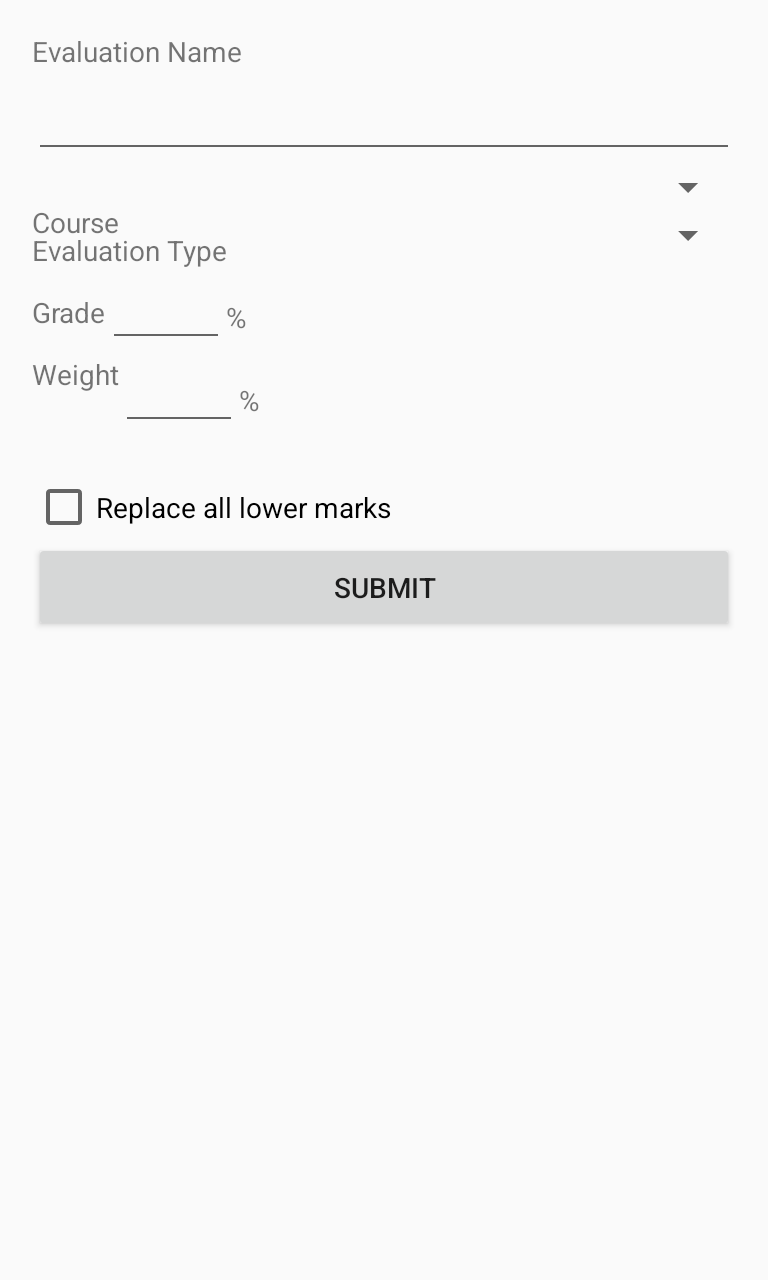
Repository: Tenergy05/GradePlanner
Layout: GradePlanner/res/layout/activity_add_mark.xml
The author's editor kept a copy of each file at every save. The layout is drawn from the files as they stood at one save, then again after the next save.
It is drawn on a 768 x 1280 px phone screen (xhdpi) without system bars, with theme AppTheme; the app's code is not run.

Above is the layout before, as saved 2014-12-30 22:12:08.

After the next save:
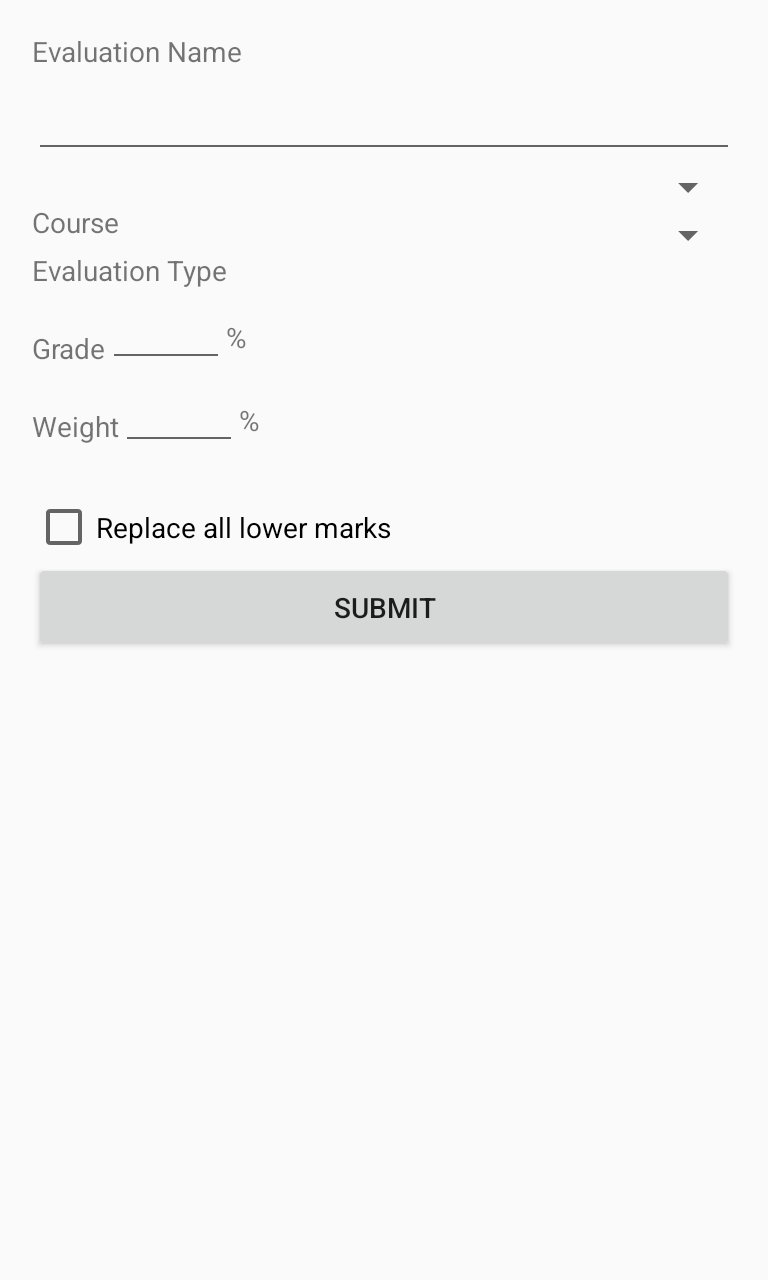
Saved 46 s later.
--- a/GradePlanner/res/layout/activity_add_mark.xml
+++ b/GradePlanner/res/layout/activity_add_mark.xml
@@ -48,7 +48,7 @@
         android:layout_height="wrap_content"
         android:layout_alignLeft="@+id/textView2"
         android:layout_below="@+id/spinner1"
-        android:layout_marginTop="10dp"
+        android:layout_marginTop="20dp"
         android:text="@string/eval_type" />
 
     <Spinner
@@ -65,7 +65,7 @@
         android:layout_height="wrap_content"
         android:layout_alignLeft="@+id/textView3"
         android:layout_below="@+id/textView3"
-        android:layout_marginTop="12dp"
+        android:layout_marginTop="20dp"
         android:text="@string/grade" />
 
     <EditText
@@ -94,7 +94,7 @@
         android:layout_height="wrap_content"
         android:layout_alignLeft="@+id/textView4"
         android:layout_below="@+id/textView4"
-        android:layout_marginTop="12dp"
+        android:layout_marginTop="20dp"
         android:text="@string/weight" />
 
     <EditText
